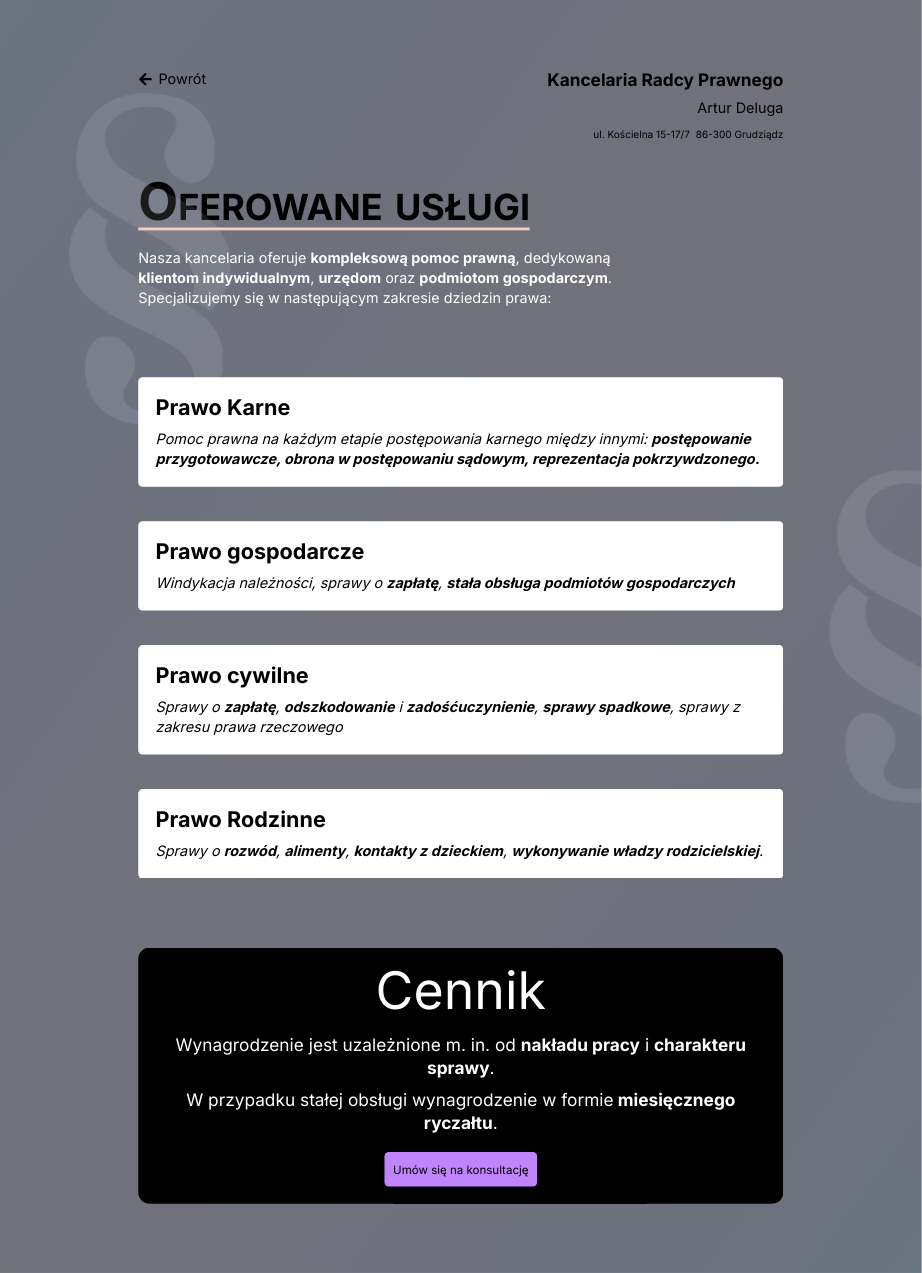
Repository: wesiudev/kancelaria-artur-deluga
Page: /oferta
An editor plug-in stored every save of this project. The page is shown before and after the next save, followed by the edit.
The browser window is 1280 px wide. The pictures show the whole page, at 72% of full size.
The project was rebuilt for these pictures with package versions that can differ from the ones it lists, and the page was loaded fresh each time. The framework's server and built-in components were replaced by stand-ins that run in the browser. Also part of the build but not shown: next.config.js.

Above is the page before, as saved 2023-08-09 16:43:23.

### app/layout.tsx
import "./globals.css";
import type { Metadata } from "next";
import { Inter } from "next/font/google";

const inter = Inter({ subsets: ["latin"] });

export const metadata: Metadata = {
  title: "Kancelaria Radcy Prawnego Artur Deluga",
  description:
    "Kancelaria Radcy Prawnego Grudziądz Prawo Karne, Pracwo cywilne, Prawo gospodarcze, Prawo Rodzinne. ul. Kościelna 15-17/7 86-300 Grudziądz. Pomoc prawna na każdym etapie postępowania karnego (postępowanie przygotowawcze, obrona w postępowaniu sądowym, reprezentacja pokrzywdzonego, etc.)",
  viewport: "width=device-width, initial-scale=1",
  icons: {
    icon: "/favicon.png",
  },
};

export default function RootLayout({
  children,
}: {
  children: React.ReactNode;
}) {
  return (
    <html lang="pl" className="scroll-smooth ">
      <body className={inter.className}>{children}</body>
    </html>
  );
}

### app/oferta/page.tsx
"use client";
import Image from "next/image";
import paragraphImage from "@/app/assets/paragraph.png";
import Link from "next/link";
import { FaArrowLeft } from "react-icons/fa";
import { useState } from "react";
const sendContactForm = async (data: any) =>
  fetch("/api/mail", {
    method: "POST",
    body: JSON.stringify(data),
    headers: { "Content-Type": "application/json", Accept: "application/json" },
  }).then((res) => {
    if (!res.ok) throw new Error("Failed to send message");
    return res.json();
  });

export default function OfferMobile() {
  const [isContactOpen, setContactOpen] = useState(false);
  const [firstName, setFirstName] = useState<string>("");
  const [email, setEmail] = useState<string>("");
  const [message, setMessage] = useState<string>("");

  const onSubmit = async () => {
    try {
      await sendContactForm({
        firstName: firstName,
        email: email,
        message: message,
      });
    } catch (error) {}
  };
  return (
    <div className="w-full mx-auto z-[2000] bg-gradient-to-br from-gray-500 via-zinc-500 to-gray-500 overflow-x-hidden text-black">
      <Image
        src={paragraphImage}
        alt="Paragraf obrazek w tle"
        width={224}
        height={224}
        className="fixed opacity-10 left-24 top-[50%] -translate-y-[50%]"
      />
      <div className="flex flex-col space-x-[100px] min-h-screen items-center py-24">
        <div className="flex flex-col w-[85vw] lg:w-[70vw] 2xl:w-[60vw] min-h-screen justify-center ">
          <Image
            src={paragraphImage}
            alt="Paragraf obrazek w tle"
            width={224}
            height={224}
            className="fixed opacity-10 -right-24 rotate-180"
          />
          <div className="flex flex-col justify-between w-full">
            <div className="flex flex-row justify-between">
              <div className="w-1/2">
                <Link
                  className="group flex flex-row items-center mb-12 text-xl w-max"
                  href="/"
                >
                  <FaArrowLeft className="mr-2" />
                  <span className="hover:underline hover:underline-offset-4">
                    {" "}
                    Powrót
                  </span>
                </Link>
              </div>
              <div>
                <h1 className="text-xl lg:text-2xl text-right sm:text-left font-bold">
                  Kancelaria Radcy Prawnego
                </h1>
                <div className="w-full flex justify-end">
                  <h2 className="text-xl mb-12 lg:mb-0 mt-2">Artur Deluga</h2>
                </div>
                <div
                  className={` flex-row space-x-2 text-sm justify-end mt-3 mb-12 hidden lg:flex`}
                >
                  <div>ul. Kościelna 15-17/7</div>
                  <div>86-300 Grudziądz</div>
                </div>
              </div>
            </div>

            <div className=" rounded-2xl  text-white">
              <div className="w-max">
                <h1 className="w-max text-4xl md:text-5xl lg:text-7xl text-black caps font-bold">
                  Oferowane usługi
                </h1>
                <div className="h-1 w-full mb-6 bg-rose-200 hue-rotate-30" />
              </div>

              <h2 className="text-left text-xl w-full lg:w-3/4 ">
                Nasza kancelaria oferuje{" "}
                <span className="font-bold"> kompleksową pomoc prawną</span>,
                dedykowaną{" "}
                <span className="font-bold">klientom indywidualnym</span>,{" "}
                <span className="font-bold">urzędom</span> oraz{" "}
                <span className="font-bold">podmiotom gospodarczym</span>.
                Specjalizujemy się w następującym zakresie dziedzin prawa:
              </h2>
            </div>
          </div>
          <div className="relative text-black flex flex-col space-y-12 mt-24">
            <div className="max-h-[50vh] border-0 hover:scale-105 duration-300 hover:bg-opacity-100 cursor-default  rounded-md bg-white  flex flex-col p-6 justify-between">
              <h1 className="text-xl lg:text-3xl font-bold">Prawo Karne</h1>
              <p className="text-sm sm:text-xl mt-3 italic">
                Pomoc prawna na każdym etapie postępowania karnego między
                innymi:{" "}
                <span className="font-bold">
                  postępowanie przygotowawcze, obrona w postępowaniu sądowym,
                  reprezentacja pokrzywdzonego.
                </span>
              </p>
            </div>
            <div className="max-h-[50vh] border-0 hover:scale-105 duration-300 hover:bg-opacity-100 cursor-default  rounded-md bg-white  flex flex-col justify-between p-6">
              <h1 className="text-xl lg:text-3xl font-bold">
                Prawo gospodarcze
              </h1>
              <p className="text-sm sm:text-xl mt-3 italic">
                Windykacja należności, sprawy o{" "}
                <span className="font-bold">zapłatę</span>,{" "}
                <span className="font-bold">
                  stała obsługa podmiotów gospodarczych
                </span>
              </p>
            </div>

            <div className="max-h-[50vh] border-0 hover:scale-105 duration-300 hover:bg-opacity-100 cursor-default rounded-md bg-white  flex flex-col p-6 justify-between">
              <h1 className="text-xl lg:text-3xl font-bold">Prawo cywilne</h1>
              <p className="text-sm sm:text-xl mt-3 italic">
                Sprawy o <span className="font-bold">zapłatę</span>,{" "}
                <span className="font-bold">odszkodowanie</span> i{" "}
                <span className="font-bold">zadośćuczynienie</span>,{" "}
                <span className="font-bold">sprawy spadkowe</span>, sprawy z
                zakresu prawa rzeczowego
              </p>
            </div>
            <div className="max-h-[50vh] border-0 hover:scale-105 duration-300 hover:bg-opacity-100 cursor-default rounded-md  bg-white  flex flex-col p-6 justify-between">
              <h1 className="text-xl lg:text-3xl font-bold">Prawo Rodzinne</h1>
              <p className="text-sm sm:text-xl mt-3 italic">
                Sprawy o <span className="font-bold">rozwód</span>,{" "}
                <span className="font-bold">alimenty</span>,{" "}
                <span className="font-bold">kontakty z dzieckiem</span>,{" "}
                <span className="font-bold">
                  wykonywanie władzy rodzicielskiej
                </span>
                .
              </p>
            </div>
          </div>
          <div className="text-white flex flex-col h-max my-auto px-3 lg:px-12  text-center relative w-full mt-12  lg:mx-auto lg:mt-24 bg-black py-3 lg:py-6 rounded-2xl">
            <h1 className="text-5xl lg:text-7xl ">Cennik</h1>
            <p className="mt-6 text-base lg:text-2xl">
              Wynagrodzenie jest uzależnione m. in. od{" "}
              <span className="font-bold"> nakładu pracy</span> i{" "}
              <span className="font-bold">charakteru sprawy</span>.
            </p>
            <p className="mt-3 text-sm lg:text-2xl">
              W przypadku stałej obsługi wynagrodzenie w formie
              <span className="font-bold"> miesięcznego ryczałtu</span>.
            </p>
            <button
              onClick={() => setContactOpen(true)}
              className=" p-3 bg-purple-400 hover:bg-purple-300 duration-300 text-black mt-6 w-max mx-auto rounded-md"
            >
              Umów się na konsultację
            </button>
          </div>
          <div
            className={` flex-row space-x-2 text-sm justify-center mt-12 flex lg:hidden z-[1000]`}
          >
            <div>ul. Kościelna 15-17/7</div>
            <div>86-300 Grudziądz</div>
          </div>
        </div>
      </div>
      <div
        className={`w-[80vw] fixed left-[50%] -translate-x-[50%] top-[50%] -translate-y-[50%] bg-gradient-to-bl from-black to-zinc-800 lg:w-max h-max px-12 rounded-3xl py-6 duration-300 ${
          isContactOpen ? "z-[2000] opacity-100" : "z-[-1000] opacity-0"
        }`}
      >
        <h1 className="text-3xl text-center">Kontakt</h1>

        <div className="flex flex-col space-y-3 mt-6 lg:mt-12">
          <div className="flex flex-col lg:flex-row lg:space-x-3">
            <div className="flex flex-col">
              Imię{" "}
              <input
                onChange={(e) => setFirstName(e.target.value)}
                value={firstName}
                id="fName"
                type="text"
                className="mt-2 text-black"
              />
            </div>
            <div className="flex flex-col mt-3 lg:mt-0">
              Email{" "}
              <input
                onChange={(e) => setEmail(e.target.value)}
                value={email}
                type="text"
                className="mt-2 text-black"
              />
            </div>
          </div>
          <div className="flex flex-col mt-2">
            Treść{" "}
            <textarea
              onChange={(e) => setMessage(e.target.value)}
              value={message}
              className="h-full resize-none text-black"
            ></textarea>
          </div>
        </div>
        <div className="w-full flex space-x-3">
          <button
            onClick={() => setContactOpen(false)}
            className="w-1/2 hover:underline py-2 mt-8"
          >
            Powrót
          </button>
          <button
            onClick={onSubmit}
            className="w-1/2 bg-purple-400 hover:bg-purple-300 duration-300 py-2 mt-8"
          >
            Wyślij
          </button>
        </div>
      </div>
    </div>
  );
}

### app/globals.css
@tailwind base;
@tailwind components;
@tailwind utilities;

:root {
  --foreground-rgb: 0, 0, 0;
  --background-start-rgb: 214, 219, 220;
  --background-end-rgb: 255, 255, 255;
}

@media (prefers-color-scheme: dark) {
  :root {
    --foreground-rgb: 255, 255, 255;
    --background-start-rgb: 0, 0, 0;
    --background-end-rgb: 0, 0, 0;
  }
}

body {
  color: rgb(var(--foreground-rgb));
  background: linear-gradient(
      to bottom,
      transparent,
      rgb(var(--background-end-rgb))
    )
    rgb(var(--background-start-rgb));
}

.expand {
  position: relative;
  text-decoration: none;
  display: inline-block;
}
.expand:after {
  display: block;
  content: "";
  border-bottom: solid 3px white;
  transform: scaleX(0);
  transition: transform 250ms ease-in-out;
  transform-origin: 100% 50%;
}
.expand:hover:after {
  transform: scaleX(1);
  transform-origin: 0 50%;
}

.caps {
  font-variant: small-caps;
}
html {
  scroll-behavior: smooth;
  color: #1a1a1a;
}

Loaded but not shown: tailwind.config.js (common file)

After the next save:
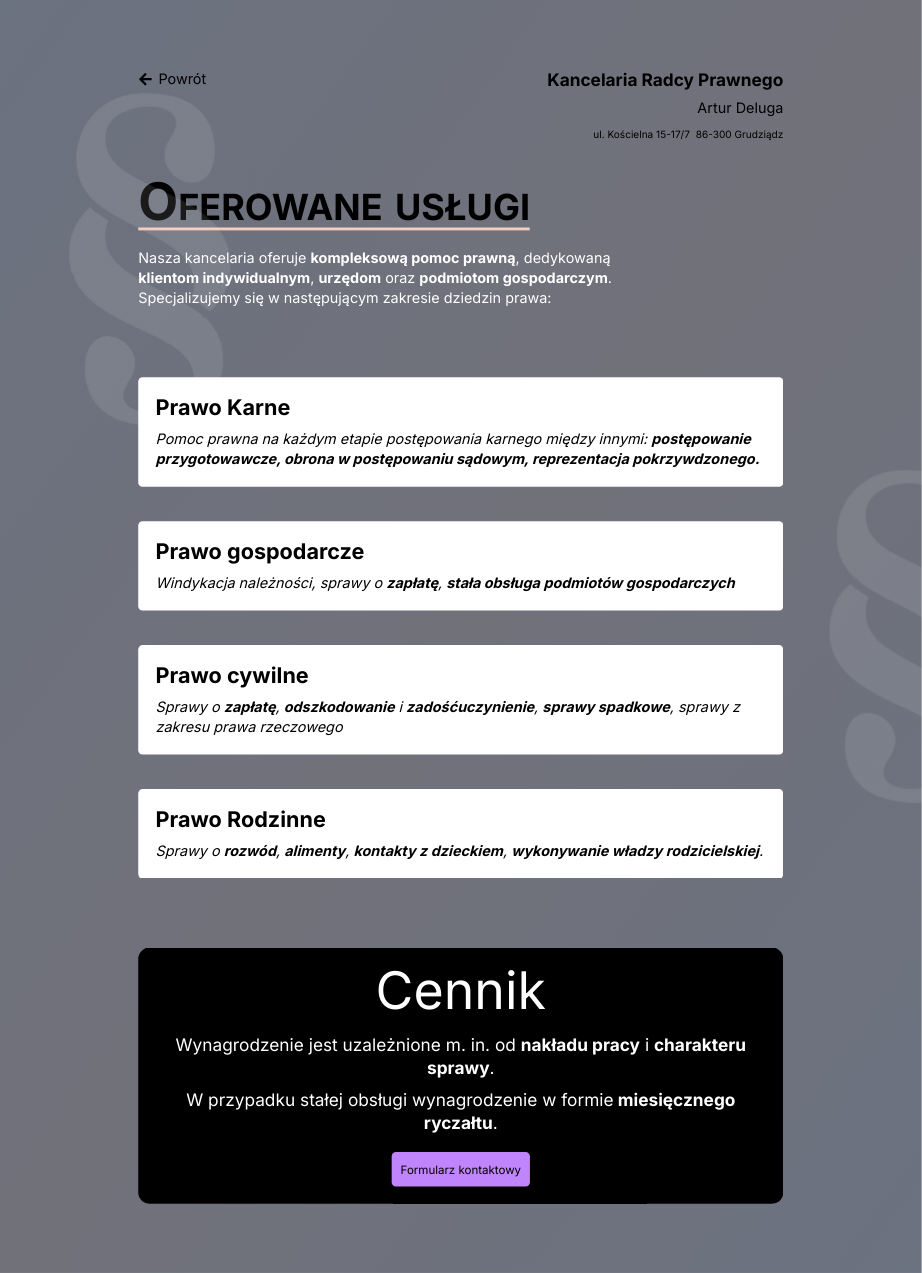
Saved 21 s later.
--- a/app/oferta/page.tsx
+++ b/app/oferta/page.tsx
@@ -159,7 +159,7 @@ export default function OfferMobile() {
               onClick={() => setContactOpen(true)}
               className=" p-3 bg-purple-400 hover:bg-purple-300 duration-300 text-black mt-6 w-max mx-auto rounded-md"
             >
-              Umów się na konsultację
+              Formularz kontaktowy
             </button>
           </div>
           <div
